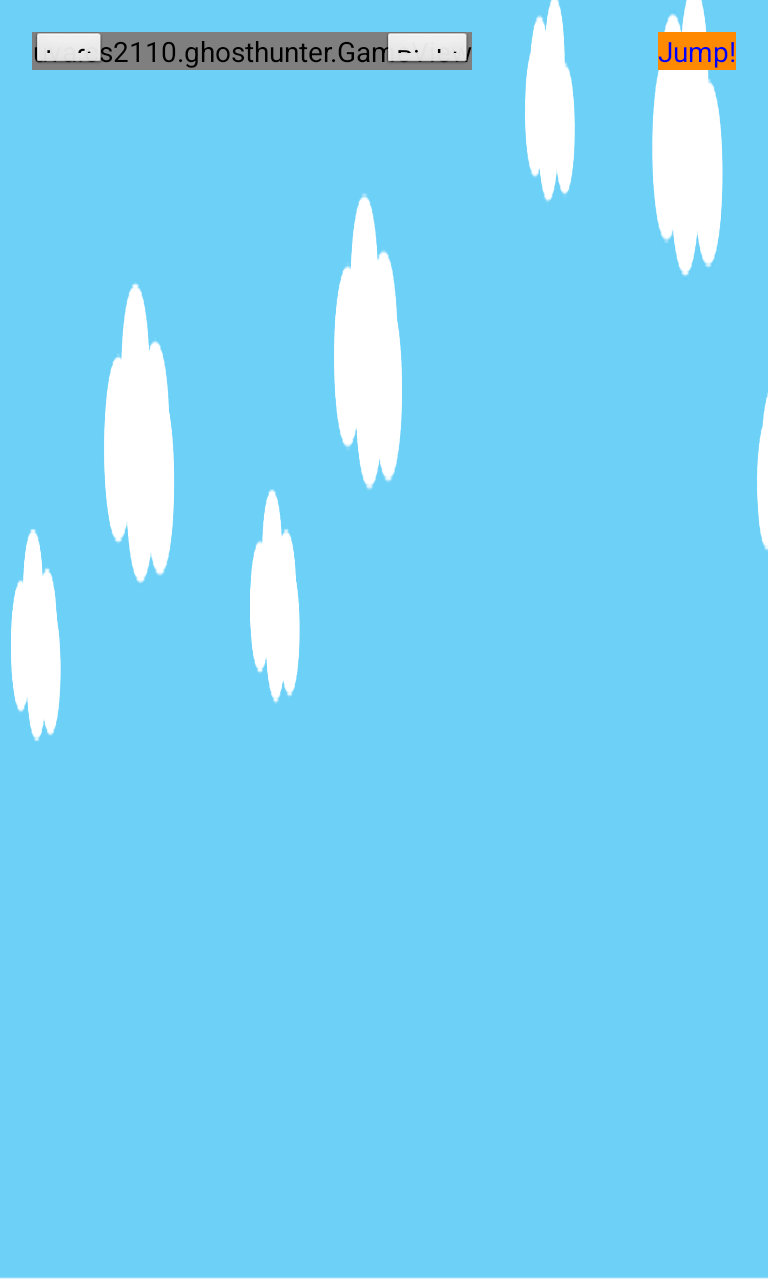
Repository: Daniel-Hoerauf/Ghost-Hunter
Layout: GhostHunter/res/layout/game_main.xml
The author's editor kept a copy of each file at every save. The layout is drawn from the files as they stood at one save, then again after the next save.
Pictures or frames that could not be fetched are drawn as grey boxes. It is drawn on a 768 x 1280 px phone screen (xhdpi) without system bars, with theme AppTheme; the app's code is not run.

Above is the layout before, as saved 2014-12-01 23:19:23.

### GhostHunter/res/layout/game_main.xml
<?xml version="1.0" encoding="utf-8"?>
<RelativeLayout xmlns:android="http://schemas.android.com/apk/res/android"
    android:layout_width="fill_parent"
    android:layout_height="fill_parent"
    android:background="@drawable/background2"
    android:paddingBottom="@dimen/activity_vertical_margin"
    android:paddingLeft="@dimen/activity_horizontal_margin"
    android:paddingRight="@dimen/activity_horizontal_margin"
    android:paddingTop="@dimen/activity_vertical_margin"
    android:theme="@android:style/Theme.Black.NoTitleBar" >

    <Button
        android:id="@+id/shootButton"
        android:layout_width="wrap_content"
        android:layout_height="wrap_content"
        android:layout_alignParentLeft="true"
        android:layout_marginBottom="32dp"
        android:background="#FF8900"
        android:text="@string/shoot_text"
        android:textColor="#0000FF" />

    <Button
        android:id="@+id/jumpButton"
        android:layout_width="wrap_content"
        android:layout_height="wrap_content"
        android:layout_alignParentRight="true"
        android:layout_marginBottom="22dp"
        android:background="#FF8900"
        android:text="@string/jump_text"
        android:textColor="#0000FF" />

    <uva.cs2110.ghosthunter.GameView
        android:id="@+id/gameView1"
        android:layout_width="wrap_content"
        android:layout_height="wrap_content" >
        <RelativeLayout>
        <TextView
            android:id="@+id/Scoreboard"
            android:layout_width="wrap_content"
            android:layout_height="wrap_content"
            android:layout_alignParentTop="true"
            android:layout_centerHorizontal="true"
            android:text="Ghosts Killed : 0"
            android:textAppearance="?android:attr/textAppearanceMedium" />
        </RelativeLayout>
    </uva.cs2110.ghosthunter.GameView>

    <Button
        android:id="@+id/MovementRight"
        style="?android:attr/buttonStyleSmall"
        android:layout_width="wrap_content"
        android:layout_height="wrap_content"
        android:layout_alignBottom="@+id/gameView1"
        android:layout_alignRight="@+id/gameView1"
        android:text="Right" />

    <Button
        android:id="@+id/MovementLeft"
        style="?android:attr/buttonStyleSmall"
        android:layout_width="wrap_content"
        android:layout_height="wrap_content"
        android:layout_alignBottom="@+id/gameView1"
        android:layout_alignLeft="@+id/gameView1"
        android:text="Left" />

</RelativeLayout>

### GhostHunter/res/values/strings.xml
<?xml version="1.0" encoding="utf-8"?>
<resources>

    <string name="app_name">Ghost Hunter</string>
    <string name="hello_world">Hello world!</string>
    <string name="action_settings">Settings</string>
    <string name="splash_screen">Project Ghost Hunter\nDaniel Hoerauf\nJoe Gumprich\nMarwa Abdelaziz\n Jake Bailey\nCS 2110</string>
	<string name="options_text">Options</string>
	<string name="welcome_text">Welcome to Ghost Hunter!</string>
	<string name="play_text">Play</string>
	<string name="jump_text">Jump!</string>
	<string name="shoot_text">Shoot!</string>

</resources>

Loaded but not shown: GhostHunter/res/values/styles.xml (common file); GhostHunter/res/values-v11/styles.xml (common file); GhostHunter/res/values-v14/styles.xml (common file); GhostHunter/res/values/dimens.xml (common file); GhostHunter/res/values-w820dp/dimens.xml (common file)

After the next save:
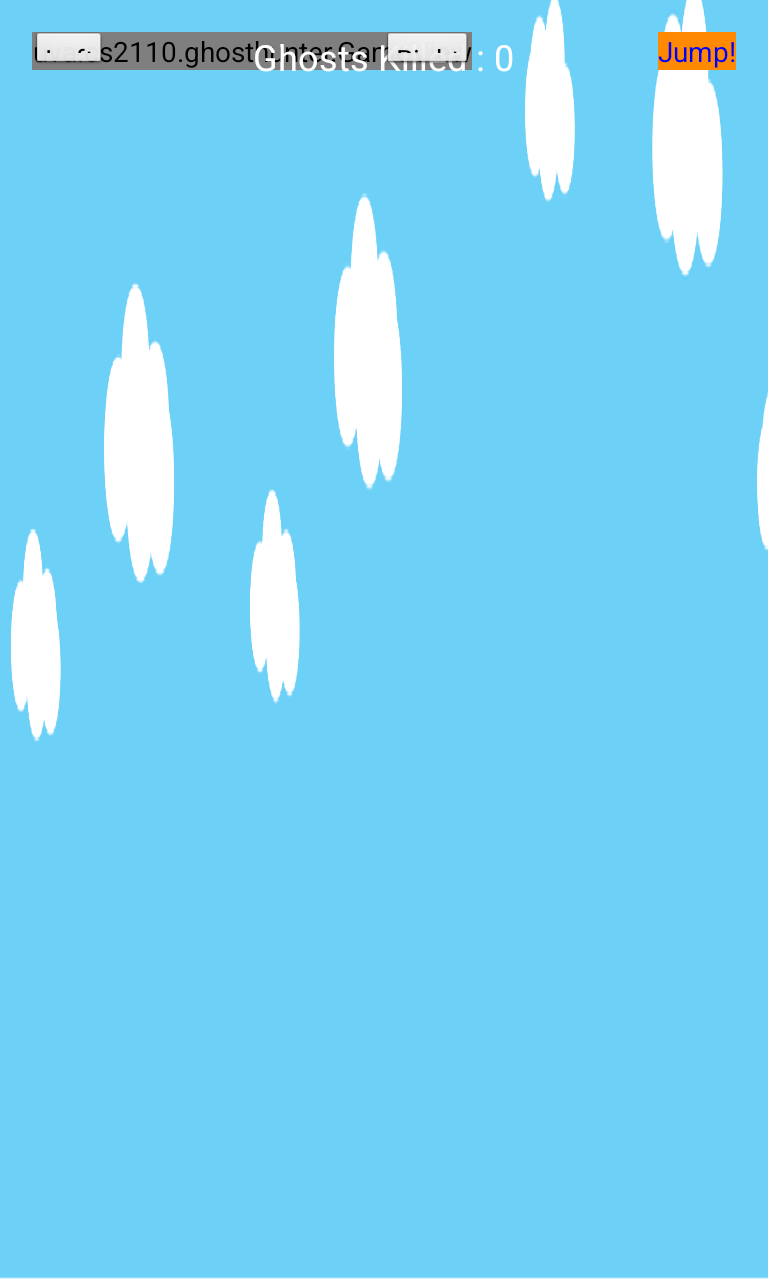
Saved 2 min 4 s later.
--- a/GhostHunter/res/layout/game_main.xml
+++ b/GhostHunter/res/layout/game_main.xml
@@ -33,17 +33,16 @@
         android:id="@+id/gameView1"
         android:layout_width="wrap_content"
         android:layout_height="wrap_content" >
-        <RelativeLayout>
-        <TextView
-            android:id="@+id/Scoreboard"
-            android:layout_width="wrap_content"
-            android:layout_height="wrap_content"
-            android:layout_alignParentTop="true"
-            android:layout_centerHorizontal="true"
-            android:text="Ghosts Killed : 0"
-            android:textAppearance="?android:attr/textAppearanceMedium" />
-        </RelativeLayout>
     </uva.cs2110.ghosthunter.GameView>
+
+    <TextView
+        android:id="@+id/Scoreboard"
+        android:layout_width="wrap_content"
+        android:layout_height="wrap_content"
+        android:layout_alignParentTop="true"
+        android:layout_centerHorizontal="true"
+        android:text="Ghosts Killed : 0"
+        android:textAppearance="?android:attr/textAppearanceMedium" />
 
     <Button
         android:id="@+id/MovementRight"
